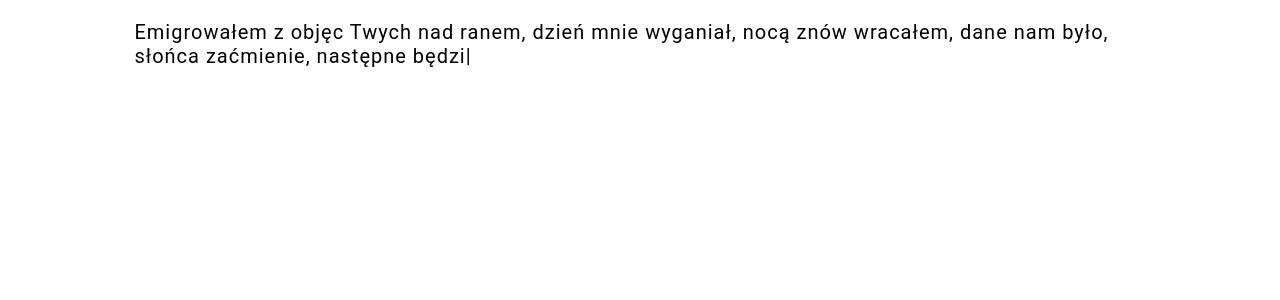
Repository: KasiaJakubowska/Typing
Page: index.html
An editor plug-in stored every save of this project. The page is shown before and after the next save, followed by the edit.
The browser window is 1280 px wide. The pictures show the whole page.

Above is the page before, as saved 2019-04-26 12:08:51.

After the next save:
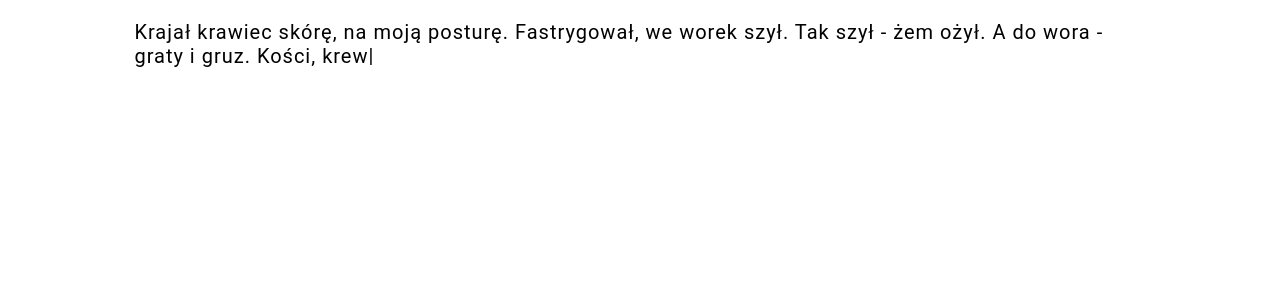
Saved 2 min 36 s later.
--- a/main.js
+++ b/main.js
@@ -1,5 +1,5 @@
 const spnText = document.querySelector('.text');
-const txt = 'Emigrowałem z objęc Twych nad ranem, dzień mnie wyganiał, nocą znów wracałem, dane nam było, słońca zaćmienie, następne będzie, może za sto lat.'
+const txt = 'Krajał krawiec skórę, na moją posturę. Fastrygował, we worek szył. Tak szył - żem ożył. A do wora - graty i gruz. Kości, krew RH plus. Serce z duszą na ramieniu i duszę do smażenia w piekle na głębokim oleju. Serce mnie bije. Dusza (za)pije. Żyję!'
 
 let indexText = 0;
 const time = 40;
